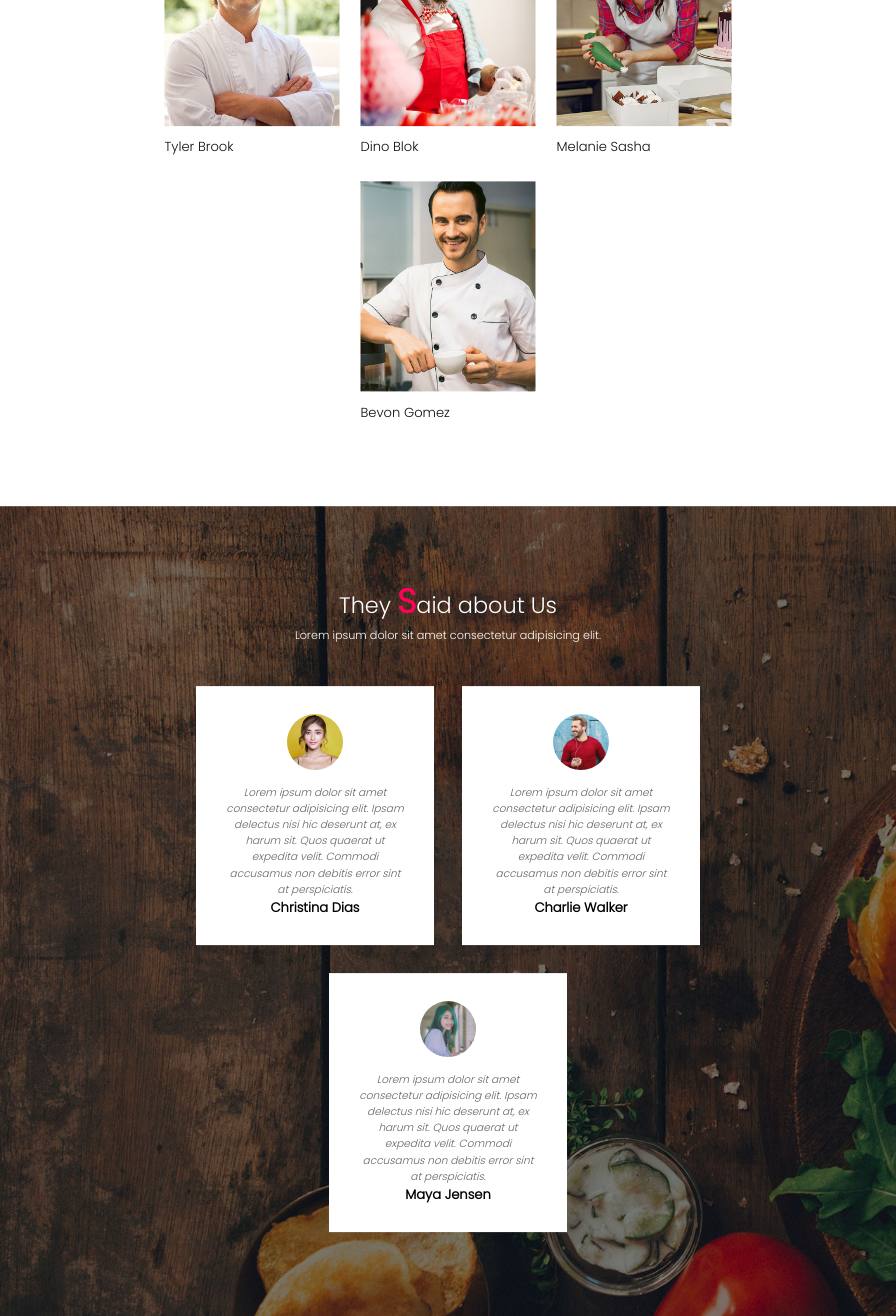
Repository: Adriandias1997/MobileFriendly_FoodWebsite
Page: index.html
The author's editor kept a copy of each file at every save. The page is drawn from the files as they stood at one save, then again after the next save.
The browser window is 1280 px wide. The pictures show the part of the page from y = 3303 to 5223 px (the page is 5183 px tall before and 5223 px after), at 70% of full size.

Above is the page before, as saved 2020-10-16 17:47:28.

### index.html
<!DOCTYPE html>
<html lang="en">

<head>
    <meta charset="UTF-8">
    <meta name="viewport" content="width=device-width, initial-scale=1.0">
    <title>Food</title>
    <link rel="stylesheet" href="style.css">
</head>

<body>
    <header>
        <a href="#" class="logo">Food <span>Corner</span></a>
        <ul class="navigation">
            <li><a href="#banner">Home</a></li>
            <li><a href="#about">About Us</a></li>
            <li><a href="#menu">Menu</a></li>
            <li><a href="#expert">Expert</a></li>
            <li><a href="#testimonials">Testimonials</a></li>
            <li><a href="#contact">Contact</a></li>
        </ul>

    </header>
    <section class="banner" id="banner">
        <div class="content">
            <h2>Always choose Good</h2>
            <p>Lorem ipsum dolor sit amet consectetur adipisicing elit. Ipsam delectus nisi hic deserunt at, ex harum sit. Quos quaerat ut expedita velit. Commodi accusamus non debitis error sint at perspiciatis.</p>

            <a href="#" class="btn">Our Menu</a>
        </div>
    </section>

    <section class="about" id="about">
        <div class="row">
            <div class="col50">
                <h2 class="titleText"><span>A</span>bout Us</h2>
                <p>Lorem ipsum dolor sit amet consectetur adipisicing elit. Dolorum vero quam, at fuga facilis maiores consequatur! Quibusdam possimus debitis sed alias, provident fuga voluptatem, tempora eligendi aliquid quaerat laudantium repellat. Lorem
                    ipsum dolor sit amet consectetur adipisicing elit. Dolorum vero quam, at fuga facilis maiores consequatur! Quibusdam possimus debitis sed alias, provident fuga voluptatem, tempora eligendi aliquid quaerat laudantium repellat. Lorem
                    ipsum dolor sit amet consectetur adipisicing elit. Dolorum vero quam, at fuga facilis maiores consequatur! Quibusdam possimus debitis sed alias, provident fuga voluptatem, tempora eligendi aliquid quaerat laudantium repellat.
                </p>
            </div>
            <div class="col50">
                <div class="imgBx">
                    <img src="./Images/img1.jpg" alt="">
                </div>
            </div>
        </div>
    </section>

    <section class="menu" id="menu">
        <div class="title">
            <h2 class="titleText">Our <span>M</span>enu</h2>
            <p>Lorem ipsum dolor sit amet consectetur adipisicing elit.
            </p>
        </div>
        <div class="content">
            <div class="box">
                <div class="imgBx">
                    <img src="Images/menu1.jpg" alt="">
                </div>
                <div class="text">
                    <h3>Special Salads</h3>
                </div>
            </div>
            <div class="box">
                <div class="imgBx">
                    <img src="Images/menu2.jpg" alt="">
                </div>
                <div class="text">
                    <h3>Special Soups</h3>
                </div>
            </div>
            <div class="box">
                <div class="imgBx">
                    <img src="Images/menu3.jpg" alt="">
                </div>
                <div class="text">
                    <h3>Special Pasta</h3>
                </div>
            </div>
            <div class="box">
                <div class="imgBx">
                    <img src="Images/menu4.jpg" alt="">
                </div>
                <div class="text">
                    <h3>Special Salads</h3>
                </div>
            </div>
            <div class="box">
                <div class="imgBx">
                    <img src="Images/menu5.jpg" alt="">
                </div>
                <div class="text">
                    <h3>Special Soups</h3>
                </div>
            </div>
            <div class="box">
                <div class="imgBx">
                    <img src="Images/menu6.jpg" alt="">
                </div>
                <div class="text">
                    <h3>Special Salads</h3>
                </div>
            </div>
        </div>
        <div class="title">
            <a href="#" class="btn">
                View All
            </a>
        </div>
    </section>
    <section class="expert" id="expert">
        <div class="title">
            <h2 class="titleText">Our Kitchen <span>E</span>xpert</h2>
            <p>Lorem ipsum dolor sit amet consectetur adipisicing elit.
            </p>
        </div>
        <div class="content">
            <div class="box">
                <div class="imgBx">
                    <img src="Images/expert1.jpg" alt="">
                </div>
                <div class="text">
                    <h3>Tyler Brook</h3>
                </div>
            </div>
            <div class="box">
                <div class="imgBx">
                    <img src="Images/expert2.jpg" alt="">
                </div>
                <div class="text">
                    <h3>Dino Blok</h3>
                </div>
            </div>
            <div class="box">
                <div class="imgBx">
                    <img src="Images/expert3.jpg" alt="">
                </div>
                <div class="text">
                    <h3>Melanie Sasha</h3>
                </div>
            </div>
            <div class="box">
                <div class="imgBx">
                    <img src="Images/expert4.jpg" alt="">
                </div>
                <div class="text">
                    <h3>Bevon Gomez</h3>
                </div>
            </div>
        </div>
    </section>

    <section class="testimonials" id="testimonials">
        <div class="title white">
            <h2 class="titleText">They <span>S</span>aid about Us</h2>
            <p>Lorem ipsum dolor sit amet consectetur adipisicing elit.
            </p>
        </div>
        <div class="content">
            <div class="box">

                <div class="imgBx">
                    <img src="Images/testi1.jpg" alt="">
                </div>
                <div class="text">
                    <p>Lorem ipsum dolor sit amet consectetur adipisicing elit. Ipsam delectus nisi hic deserunt at, ex harum sit. Quos quaerat ut expedita velit. Commodi accusamus non debitis error sint at perspiciatis.
                    </p>
                    <h3>Christina Dias</h3>
                </div>
            </div>
            <div class="box">

                <div class="imgBx">
                    <img src="Images/testi2.jpg" alt="">
                </div>
                <div class="text">
                    <p>Lorem ipsum dolor sit amet consectetur adipisicing elit. Ipsam delectus nisi hic deserunt at, ex harum sit. Quos quaerat ut expedita velit. Commodi accusamus non debitis error sint at perspiciatis.
                    </p>
                    <h3>Charlie Walker</h3>
                </div>
            </div>
            <div class="box">

                <div class="imgBx">
                    <img src="Images/testi3.jpg" alt="">
                </div>
                <div class="text">
                    <p>Lorem ipsum dolor sit amet consectetur adipisicing elit. Ipsam delectus nisi hic deserunt at, ex harum sit. Quos quaerat ut expedita velit. Commodi accusamus non debitis error sint at perspiciatis.
                    </p>
                    <h3>Maya Jensen</h3>
                </div>
            </div>
        </div>
    </section>
    <script src="index.js"></script>
</body>

</html>

### style.css
        @import url("https://fonts.googleapis.com/css2?family=Poppins:wght@300&display=swap");
        * {
            margin: 0;
            padding: 0;
            box-sizing: border-box;
            font-family: "Poppins", sans-serif;
            scroll-behavior: smooth;
        }

        p {
            font-weight: 300;
            color: #111;
        }
        /* body {
    min-height: 1000px;
} */

        .banner {
            position: relative;
            width: 100%;
            min-height: 100vh;
            display: flex;
            justify-content: center;
            align-items: center;
            background: url(./Images/bg.jpg);
            background-size: cover;
        }

        .banner .content {
            max-width: 900px;
            text-align: center;
        }

        .banner .content h2 {
            font-size: 5em;
            color: #fff;
        }

        .banner .content p {
            font-size: 1em;
            color: #fff;
        }

        .btn {
            font-size: 1em;
            color: #fff;
            background: #ff0157;
            display: inline-block;
            padding: 10px 30px;
            text-transform: uppercase;
            text-decoration: none;
            letter-spacing: 2px;
            transition: 0.5s;
        }

        .btn:hover {
            background-color: #fff;
            color: #ff0157;
            letter-spacing: 6px;
        }

        header {
            position: fixed;
            top: 0;
            left: 0;
            width: 100%;
            padding: 40px 100px;
            z-index: 10000;
            display: flex;
            justify-content: space-between;
            align-items: center;
            transition: 0.5s;
        }

        header.sticky {
            background: #fff;
            padding: 10px 100px;
            box-shadow: 0 5px 20px rgba(0, 0, 0, 0.05);
        }

        header .logo {
            color: #fff;
            font-weight: 700;
            text-decoration: none;
            font-size: 2em;
        }

        header.sticky .logo {
            color: #111;
        }

        header .logo span {
            color: #ff0157;
        }

        header .navigation {
            position: relative;
            display: flex;
        }

        header .navigation li {
            list-style: none;
            margin-left: 30px;
        }

        header .navigation li a {
            text-decoration: none;
            color: #fff;
            font-weight: 300;
        }

        header.sticky .navigation li a {
            color: #111;
            font-weight: 300;
        }

        header .navigation li a:hover {
            color: #ff0157;
        }

        section {
            padding: 100px;
        }

        .row {
            position: relative;
            width: 100%;
            display: flex;
            justify-content: space-between;
        }

        .row .col50 {
            position: relative;
            width: 48%;
        }

        .titleText {
            color: #111;
            font-size: 2em;
            font-weight: 400;
        }

        .titleText span {
            color: #ff0157;
            font-size: 1.5em;
            font-weight: 700;
        }

        .row .col50 .imgBx {
            position: relative;
            width: 100%;
            height: 100%;
            /* min-height: 300px; */
        }

        .row .col50 .imgBx img {
            position: relative;
            top: 0;
            left: 0;
            width: 100%;
            height: 100%;
            object-fit: cover;
        }

        .title {
            width: 100%;
            display: flex;
            justify-content: center;
            align-items: center;
            flex-direction: column;
        }

        .menu .content {
            display: flex;
            justify-content: center;
            flex-direction: row-reverse;
            flex-wrap: wrap;
            margin-top: 40px;
        }

        .menu .content .box {
            width: 340px;
            margin: 20px;
            border: 15px solid #fff;
            box-shadow: 0 5px 20px rgba(0, 0, 0, 0.08);
        }

        .menu .content .box .imgBx {
            position: relative;
            width: 100%;
            height: 300px;
        }

        .menu .content .box .imgBx img {
            position: absolute;
            top: 0;
            left: 0;
            width: 100%;
            height: 100%;
            object-fit: cover;
        }

        .menu .content .box .text {
            padding: 15px 0 5px;
        }

        .menu .content .box .text h3 {
            font-weight: 400;
            color: #111;
        }

        .expert .content {
            display: flex;
            justify-content: center;
            align-items: center;
            flex-wrap: wrap;
            flex-direction: row;
            margin-top: 40px;
        }

        .expert .content .box {
            width: 250px;
            margin: 15px;
        }

        .expert .content .box .imgBx {
            position: relative;
            width: 100%;
            height: 300px;
        }

        .expert .content .box .imgBx img {
            position: absolute;
            top: 0;
            left: 0;
            width: 100%;
            height: 100%;
            object-fit: cover;
        }

        .expert .content .box .text {
            padding: 15px 0 5px;
        }

        .expert .content .box .text h3 {
            font-weight: 400;
            color: #111;
        }

        .testimonials {
            background: url(./Images/bg2.jpg);
            background-size: cover;
        }

        .white .titleText,
        .white p {
            color: #fff;
        }

        .testimonials .content {
            display: flex;
            justify-content: center;
            flex-wrap: wrap;
            flex-direction: row;
            margin-top: 40px;
        }

        .testimonials .content .box {
            width: 340px;
            margin: 20px;
            padding: 40px;
            background: #fff;
            display: flex;
            justify-content: center;
            align-items: center;
            flex-direction: column;
        }

        .testimonials .content .box .imgBx {
            position: relative;
            width: 80px;
            height: 80px;
            margin-bottom: 20px;
            border-radius: 50%;
            overflow: hidden;
        }

        .testimonials .content .box .imgBx img {
            position: absolute;
            top: 0;
            left: 0;
            width: 100%;
            height: 100%;
            object-fit: cover;
        }

        .testimonials .content .box .text {
            text-align: center;
        }

        .testimonials .content .box .text p {
            color: #666;
            font-style: italic;
            font-size: 15px;
        }

        .testimonials .content .box .text h3 {}

### index.js
window.addEventListener('scroll', function() {
    const header = document.querySelector('header');
    header.classList.toggle('sticky', window.scrollY > 0);
});

After the next save:
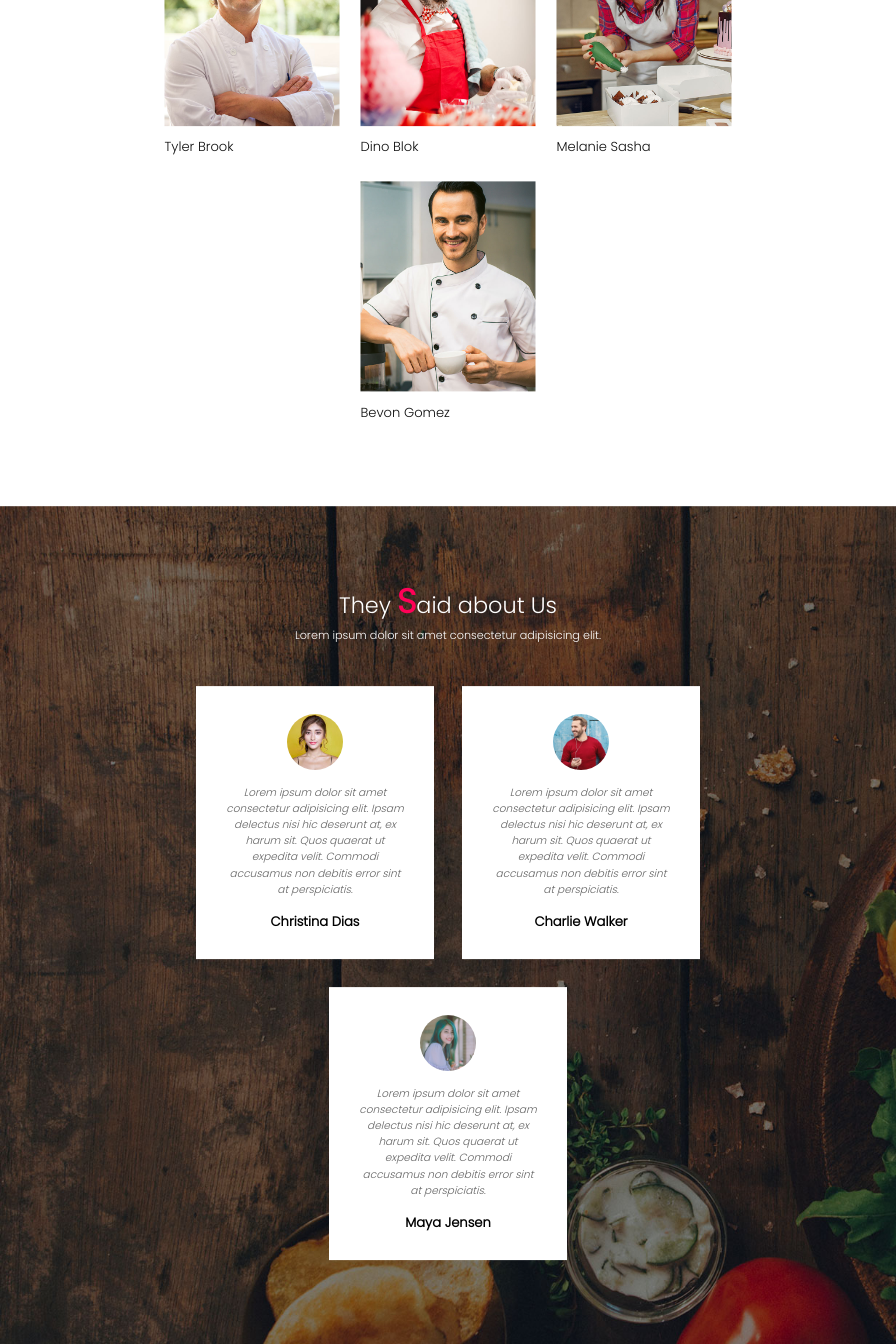
Saved 15 s later.
--- a/style.css
+++ b/style.css
@@ -304,4 +304,6 @@
             font-size: 15px;
         }
 
-        .testimonials .content .box .text h3 {}
+        .testimonials .content .box .text h3 {
+            margin-top: 20px;
+        }
